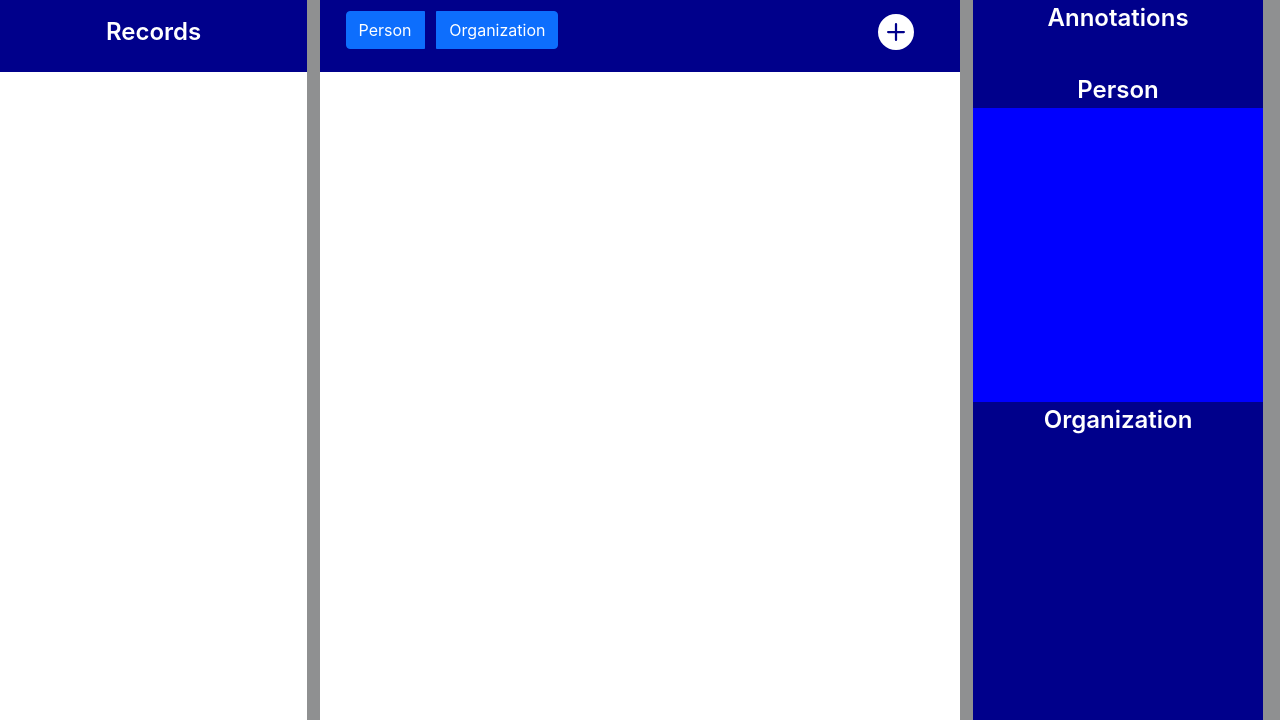
Repository: napan24/classforma_assignment
Page: / (app in client/)
These files come from the project's save history. The page is drawn as it stood at one moment and after the next save; the edit follows.
The browser window is 1280 px wide. The pictures show the whole page.
The project was rebuilt for these pictures with package versions that can differ from the ones it lists, and the page was loaded fresh each time. Also part of the build but not shown: client/src/App.css.

Above is the page before, as saved 2022-07-20 15:44:44.

After the next save:
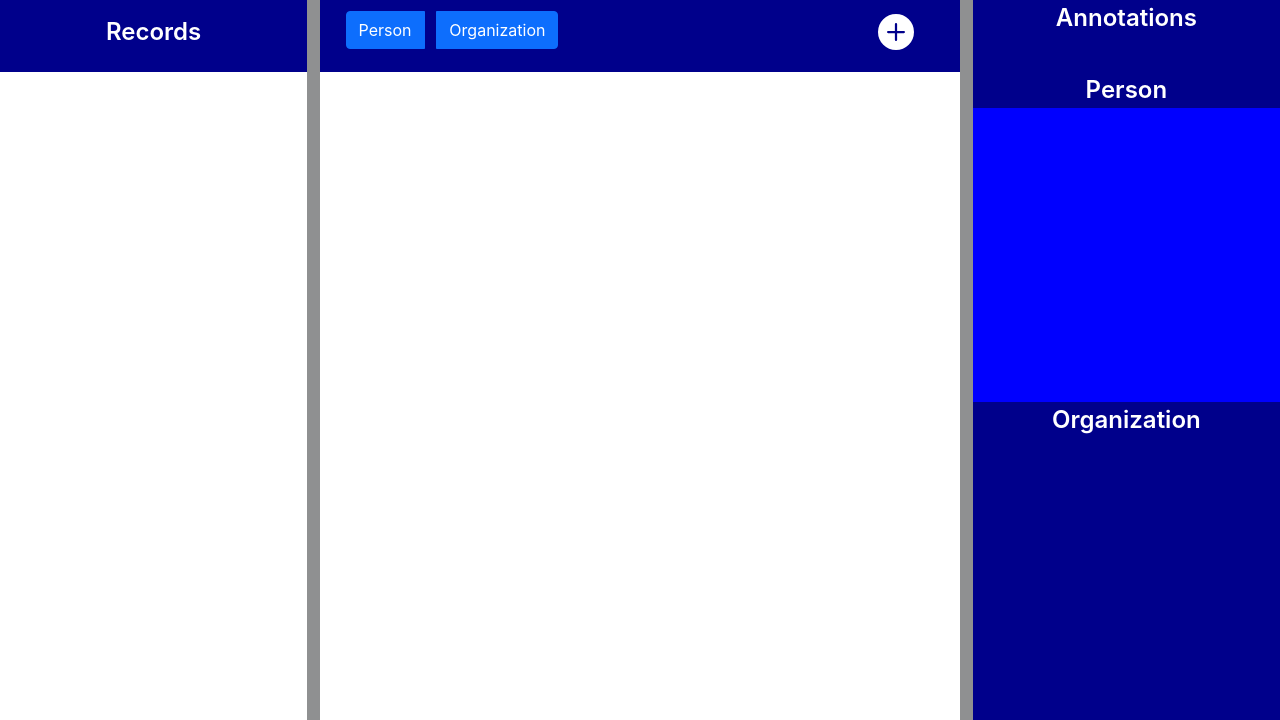
Saved 14 s later.
--- a/client/src/Home.js
+++ b/client/src/Home.js
@@ -77,20 +77,20 @@ const Home = () => {
                         {textField}
                     </div>
                 </div>
-                <div style={{ width: "22.7vw", height: "100vh", backgroundColor: "blue" }}>
-                    <div style={{ width: "22.7vw", height: "10vh", backgroundColor: "#00008b", textAlign: 'center', fontSize: '150%', color: "white", fontWeight: "600" }}>
+                <div style={{ width: "24vw", height: "100vh", backgroundColor: "blue" }}>
+                    <div style={{ width: "24vw", height: "10vh", backgroundColor: "#00008b", textAlign: 'center', fontSize: '150%', color: "white", fontWeight: "600" }}>
                         <p>
                             Annotations
                         </p>
                     </div>
-                    <div style={{ width: "22.7vw", height: "5vh", backgroundColor: "#00008b", textAlign: 'center', fontSize: '150%', color: "white", fontWeight: "600" }}>
+                    <div style={{ width: "24vw", height: "5vh", backgroundColor: "#00008b", textAlign: 'center', fontSize: '150%', color: "white", fontWeight: "600" }}>
                         <p>
                             Person
                         </p>
                     </div>
-                    <div style={{ display:'inline-block',maxWidth: "22.7vw", height: "40vh", backgroundColor: "#00008b", textAlign: 'center', fontSize: '150%', color: "white", fontWeight: "600", zIndex: "2", overflowY: "scroll", overflowX: "hidden" }}>
+                    <div style={{ display:'inline-block',maxWidth: "24vw", height: "40vh", backgroundColor: "#00008b", textAlign: 'center', fontSize: '150%', color: "white", fontWeight: "600", zIndex: "2", overflowY: "scroll", overflowX: "hidden" }}>
                         {personName && personName.map((user) => (
-                            user.length > 0 && <div style={{ width: "22.7vw", backgroundColor: "black", color: "white", height: "3vh", fontSize: "2vh", position: 'relative', borderBottom: '1px solid white' }}>
+                            user.length > 0 && <div style={{ width: "24vw", backgroundColor: "black", color: "white", height: "3vh", fontSize: "2vh", position: 'relative', borderBottom: '1px solid white' }}>
                                 {user}
                                 <svg xmlns="http://www.w3.org/2000/svg" style={{ width: "3.5vw", height: "3.5vh", position: 'absolute', right: "0" }} fill="currentColor" class="bi bi-x" viewBox="0 0 16 16">
                                     <path d="M4.646 4.646a.5.5 0 0 1 .708 0L8 7.293l2.646-2.647a.5.5 0 0 1 .708.708L8.707 8l2.647 2.646a.5.5 0 0 1-.708.708L8 8.707l-2.646 2.647a.5.5 0 0 1-.708-.708L7.293 8 4.646 5.354a.5.5 0 0 1 0-.708z" />
@@ -98,14 +98,14 @@ const Home = () => {
                             </div>
                         ))}
                     </div>
-                    <div style={{ width: "22.7vw", height: "5vh", backgroundColor: "#00008b", textAlign: 'center', fontSize: '150%', color: "white", fontWeight: "600" }}>
+                    <div style={{ width: "24vw", height: "5vh", backgroundColor: "#00008b", textAlign: 'center', fontSize: '150%', color: "white", fontWeight: "600" }}>
                         <p>
                             Organization
                         </p>
                     </div>
-                    <div style={{ width: "22.7vw", height: "40vh", backgroundColor: "#00008b", textAlign: 'center', fontSize: '150%', color: "white", fontWeight: "600", overflowY: "scroll" }}>
+                    <div style={{ width: "24vw", height: "40vh", backgroundColor: "#00008b", textAlign: 'center', fontSize: '150%', color: "white", fontWeight: "600", overflowY: "scroll" }}>
                         {placeName && placeName.map((user) => (
-                            user.length > 0 && <div style={{ width: "22.7vw", backgroundColor: "black", color: "white", height: "3vh", fontSize: "2vh", borderBottom: '1px solid white', overflowX: "hidden" }}>
+                            user.length > 0 && <div style={{ width: "24vw", backgroundColor: "black", color: "white", height: "3vh", fontSize: "2vh", borderBottom: '1px solid white', overflowX: "hidden" }}>
                                 {user}
                                 <svg xmlns="http://www.w3.org/2000/svg" style={{ width: "3.5vw", height: "3.5vh", position: 'absolute', right: "0" }} fill="currentColor" class="bi bi-x" viewBox="0 0 16 16">
                                     <path d="M4.646 4.646a.5.5 0 0 1 .708 0L8 7.293l2.646-2.647a.5.5 0 0 1 .708.708L8.707 8l2.647 2.646a.5.5 0 0 1-.708.708L8 8.707l-2.646 2.647a.5.5 0 0 1-.708-.708L7.293 8 4.646 5.354a.5.5 0 0 1 0-.708z" />
